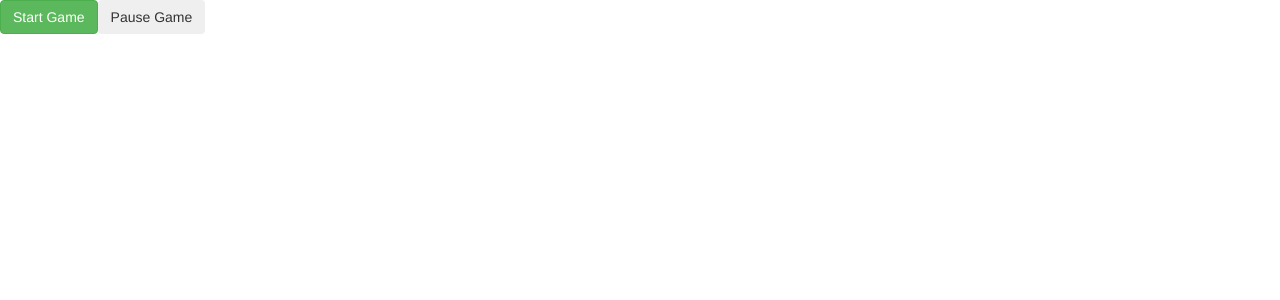
Repository: Shtaiwee1/Angular-JS
Page: / (app in EventBindingandEncapsulation/EventBindingViewEncapsulation_2/practice/)
An editor plug-in stored every save of this project. The page is shown before and after the next save, followed by the edit.
The browser window is 1280 px wide. The pictures show the whole page.
The project was rebuilt for these pictures with package versions that can differ from the ones it lists, and the page was loaded fresh each time. Also part of the build but not shown: EventBindingandEncapsulation/EventBindingViewEncapsulation_2/practice/angular.json, EventBindingandEncapsulation/EventBindingViewEncapsulation_2/practice/src/app/odd/odd.component.ts, EventBindingandEncapsulation/EventBindingViewEncapsulation_2/practice/src/app/even/even.component.ts.

Above is the page before, as saved 2022-07-07 15:59:47.

After the next save:
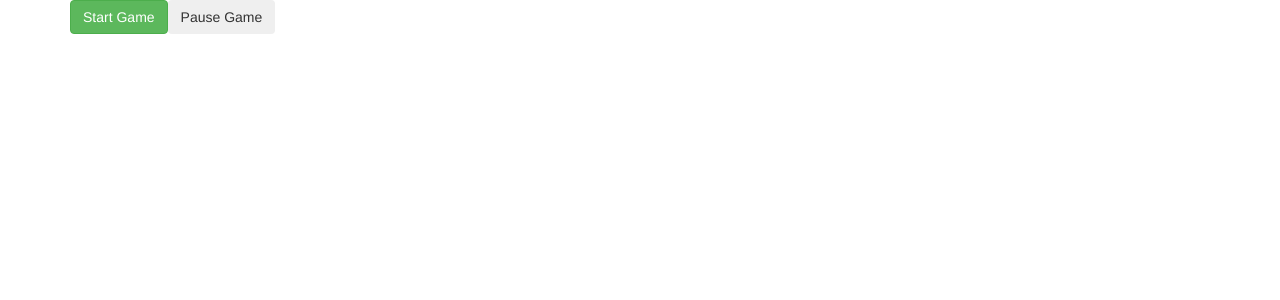
Saved 54 s later.
--- a/EventBindingandEncapsulation/EventBindingViewEncapsulation_2/practice/src/app/app.component.html
+++ b/EventBindingandEncapsulation/EventBindingViewEncapsulation_2/practice/src/app/app.component.html
@@ -1 +1,7 @@
-<app-game-control></app-game-control>
+<div class="container">
+  <div class="row">
+    <div class="col-xs-12">
+      <app-game-control></app-game-control>
+    </div>
+  </div>
+</div>
